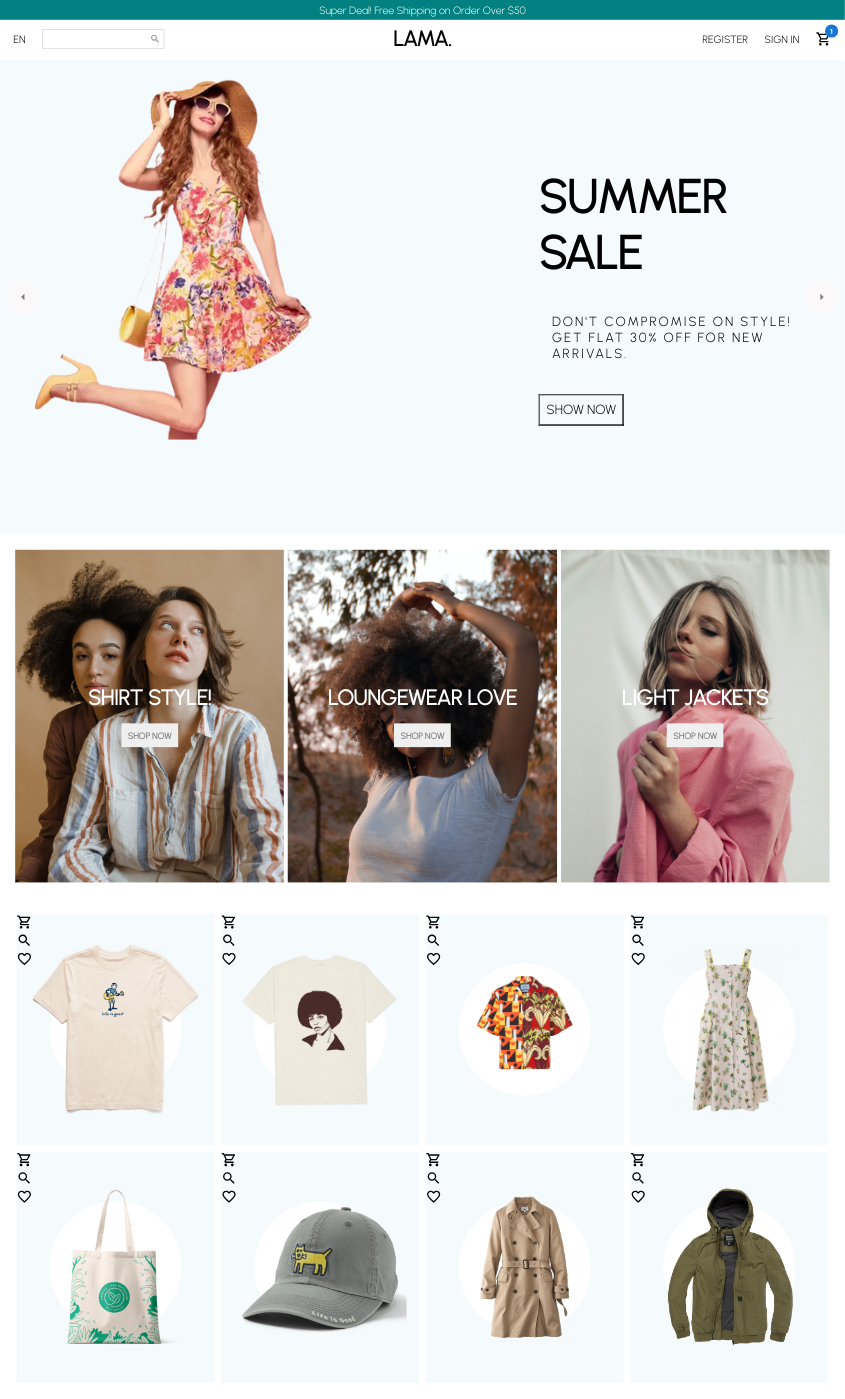
Repository: kmvaghela/ECOMMERCE
Page: /
These files come from the project's save history. The page is drawn as it stood at one moment and after the next save; the edit follows.
The browser window is 1280 px wide. The pictures show the whole page, at 66% of full size.
The project was rebuilt for these pictures with package versions that can differ from the ones it lists, and the page was loaded fresh each time.

Above is the page before, as saved 2022-02-23 17:50:28.

After the next save:
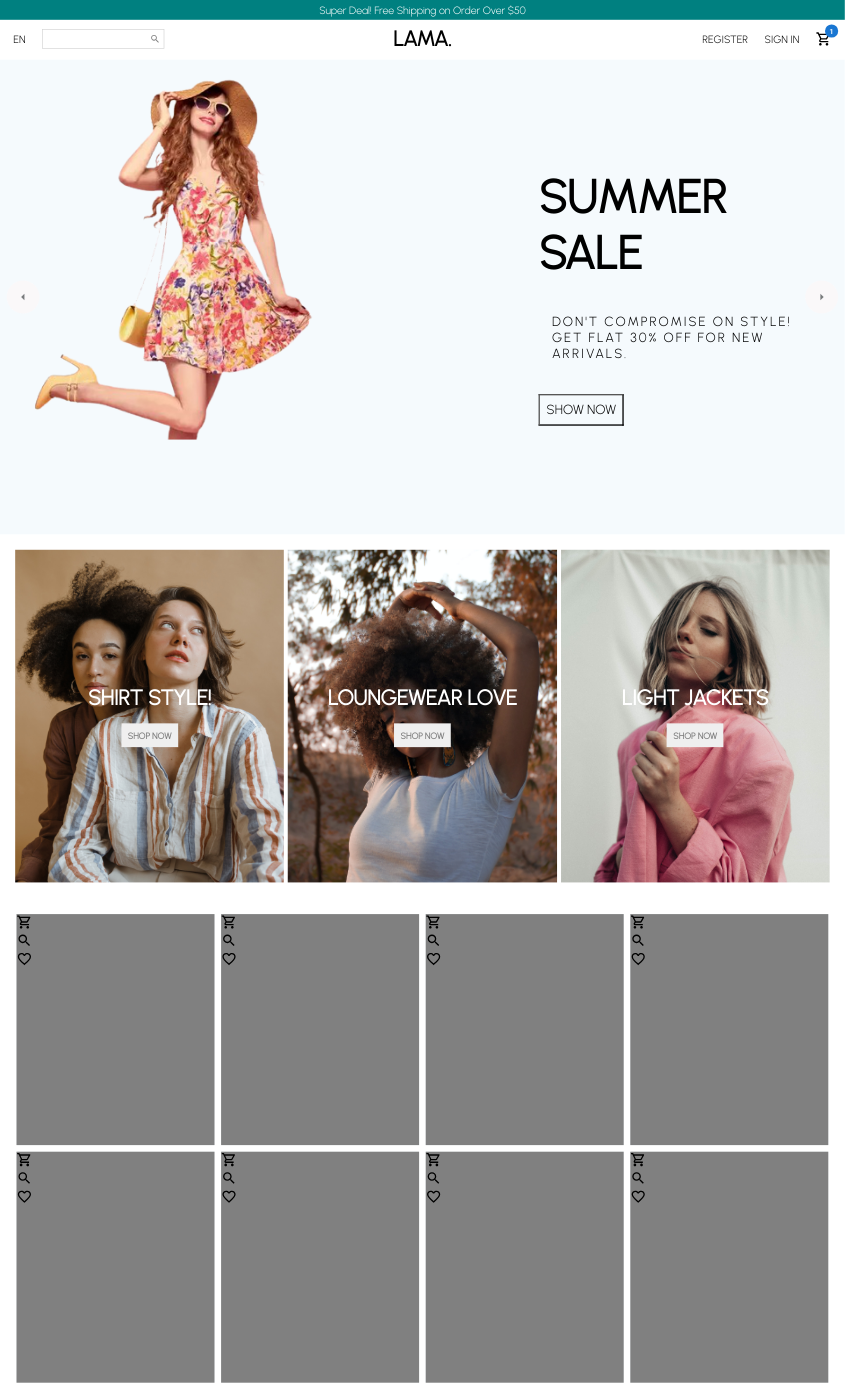
Saved 95 s later.
--- a/src/components/Product.jsx
+++ b/src/components/Product.jsx
@@ -35,6 +35,8 @@
   position: absolute;
   top: 0;
   left: 0;
+  background-color:gray;
+  z-index:3;
 `;
 
 const Icon = styled.div``;
